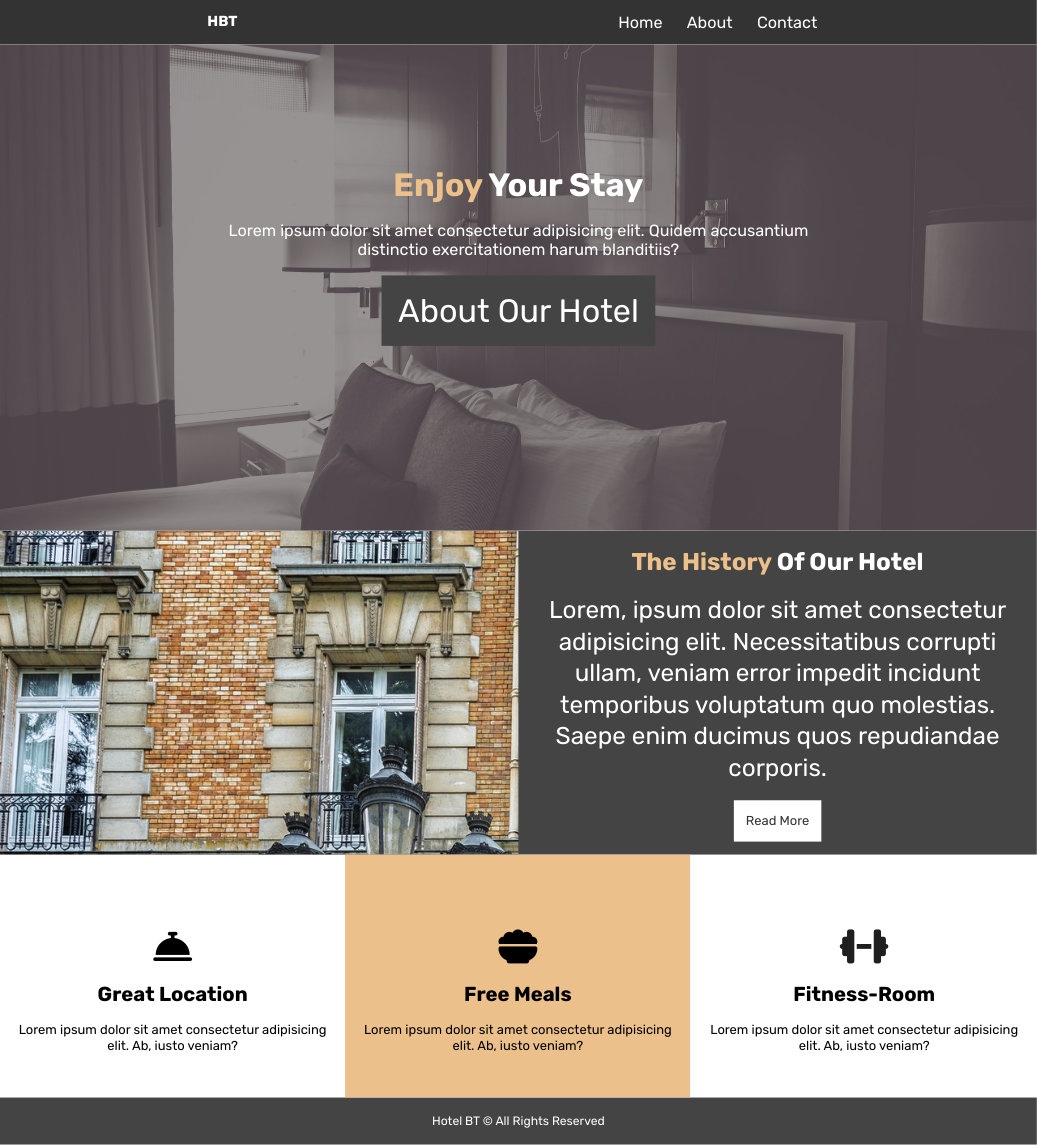
Repository: reemoon-ctrl/35---hotel-website
Page: index.html
These files come from the project's save history. The page is drawn as it stood at one moment and after the next save; the edit follows.
The browser window is 1280 px wide. The pictures show the whole page, at 81% of full size.
Some web libraries are served in a nearby version.

Above is the page before, as saved 2024-07-24 19:45:58.

After the next save:
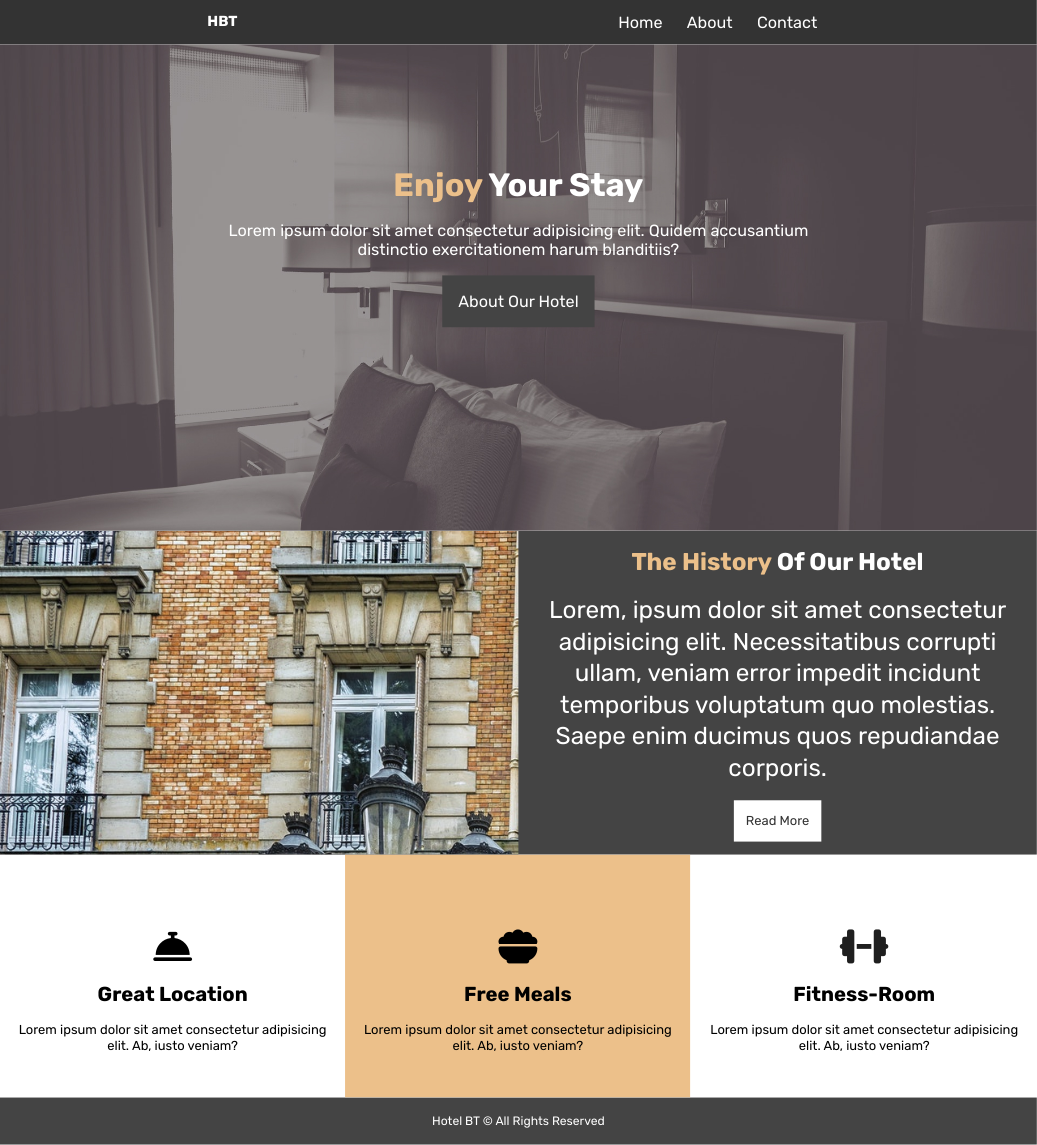
Saved 12 s later.
--- a/index.css
+++ b/index.css
@@ -98,7 +98,7 @@
     top:50%;
     margin-top: 30px;
     margin: auto;
-    font-size: 40px;
+    font-size: 20px;
 
     padding: 20px;
 }
